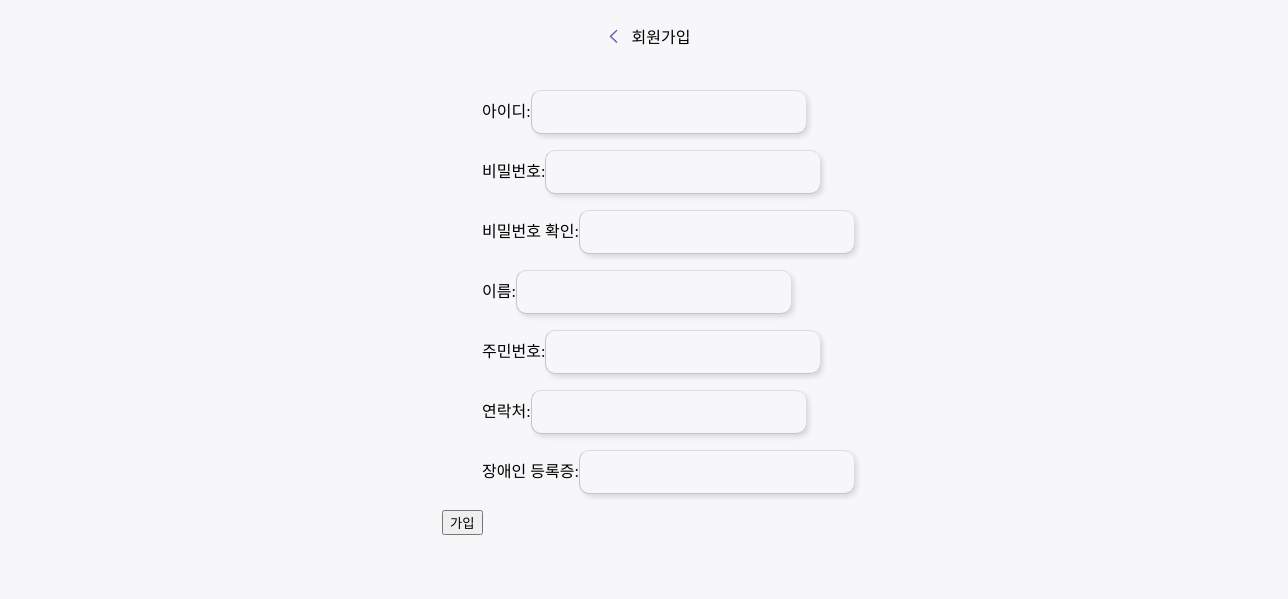
Repository: PEPI-dev/UI
Page: regist/regist.html
The author's editor kept a copy of each file at every save. The page is drawn from the files as they stood at one save, then again after the next save.
The browser window is 1280 px wide. The page is 1288 px wide, so the pictures cover 1288 px, including what lies to the right of the window. The pictures show the whole page.
Some web fonts or font styles are not loaded; a fallback is used.

Above is the page before, as saved 2023-12-04 17:36:20.

### regist/regist.html
<!DOCTYPE html>
<html lang="en">
<head>
    <meta charset="UTF-8">
    <meta name="viewport" content="width=device-width, initial-scale=1.0">
    <title>회원가입</title>
    <link rel="stylesheet" href="./regist.css">
    <link rel ="stylesheet" type="text/css" href="../a_XEIcon-2.2.0/xeicon.min.css">
</head>
<body>

    <div id="div_back"><i class="xi-angle-left" id="back"></i><p id="txt_login">회원가입</p></div>

    <form class="form_class" action="#">
        <ul class="input_ul">

        <p class="input_form"><label for="ID" class="txt_input">아이디:</label><input class="field" id="ID"></input></p>
        <p class="input_form"><label for="password" class="txt_input">비밀번호:</label><input class="field" id="password" type="password" ></input></p>
        <p class="input_form"><label for="check_password" class="txt_input">비밀번호 확인:</label><input class="field" id="chekc_password" type="password" ></input></p>
        <p class="input_form"><label for="name" class="txt_input">이름:</label><input class="field" id="name" type="text"></input></p>
        <p class="input_form"><label for="rrn" class="txt_input">주민번호:</label><input class="field" id="rrn" type="text"></input></p>

        <p class="input_form"><label for="tel" class="txt_input">연락처:</label><input class="field" id="tel" type="text"></input></p>

        <p class="input_form"><label for="disability_card" class="txt_input">장애인 등록증:</label><input class="field" id="disability_card" type="text"></input></p>

        </ul>
        <button id="join">가입</button>

    </form>

</body>
</html>

### regist/regist.css
@font-face {
    font-family: 'main_font';
    src: url(../a_font/NotoSansKR-VariableFont_wght.ttf);
    font-weight: 500;
}

@font-face {
    font-family: 'sub_font';
    src: url(../a_font/SEBANG/SEBANG\ Gothic.ttf);
}



body {
    width: 100%;
    background-color: #F7F7F9;
    display: flex;
    flex-direction: column;
    align-items: center;
}

/* 뒤로가기 버튼 */
.xi-angle-left {
    color: #6658B1;
}

#txt_login {
    font-family: 'main_font';
}

#div_back {
    display: flex;
    align-items: center;
    margin-bottom: 10px;
}

#back {
    border: none;
    background: none;
    cursor: pointer;
    margin-right: 10px;
}

.field {
    width: 270px;
    height: 40px;
    border-radius: 10px;
    box-shadow: 3px 3px 5px rgba(0, 0, 0, 0.12);
    background-color: #F7F7F9;
    border-width: 0;
    outline: none;
    border: none;
    border-top: 0.2px solid rgba(0, 0, 0, 0.1);
    border-left: 0.5px solid rgba(0, 0, 0, 0.2);
    border-bottom: 0.5px solid rgba(0, 0, 0, 0.2);
}

#login {
    background-color: #6658B1;
    color: white;
    border: 1px solid #E1E1E1;
    font-family: 'main_font';
    font-size: 20px;
    font-weight: 500;
    border-radius: 17px;
    border: 0px;
    width: 277px;
    height: 50px;
}



@media screen and (max-width: 360px) {

    /* 뒤로가기 */
    #div_back {
        padding: 1px;
        margin-top: 35px;
    }



}

Loaded but not shown: a_XEIcon-2.2.0/xeicon.min.css (library)

After the next save:
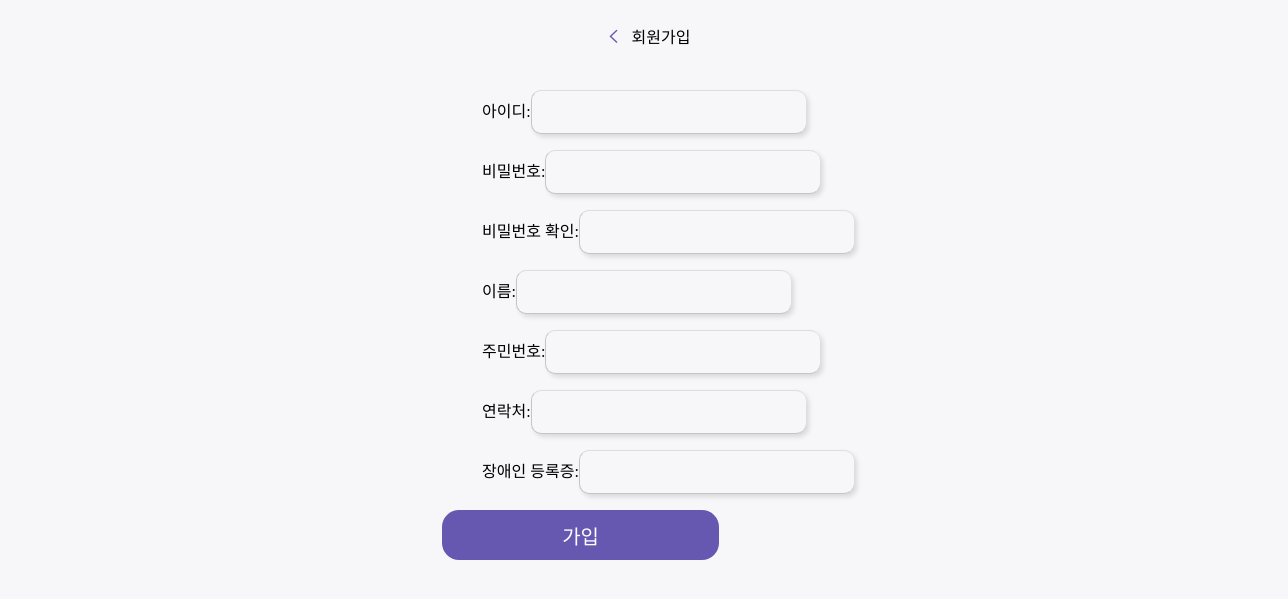
Saved 7 s later.
--- a/regist/regist.css
+++ b/regist/regist.css
@@ -55,7 +55,7 @@ body {
     border-bottom: 0.5px solid rgba(0, 0, 0, 0.2);
 }
 
-#login {
+#join {
     background-color: #6658B1;
     color: white;
     border: 1px solid #E1E1E1;
